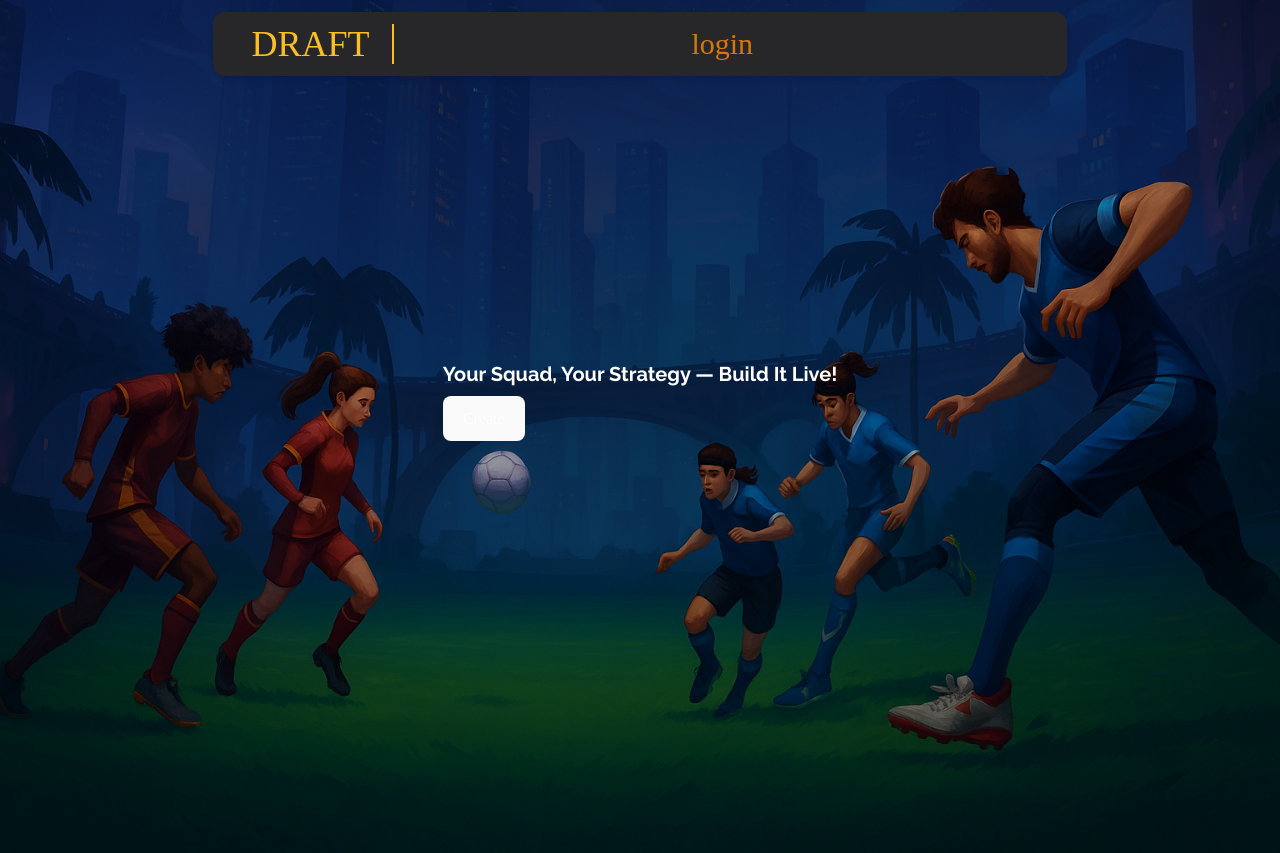
Repository: MehediMim/LeagueCrafter--Online-Auction-Platform-Project
Page: / (app in my-app/)
An editor plug-in stored every save of this project. The page is shown before and after a run of saves, followed by the edit.
The browser window is 1280 px wide. The pictures show the whole page.
Some web fonts or font styles are not loaded; a fallback is used. The project was rebuilt for these pictures with package versions that can differ from the ones it lists, and the page was loaded fresh each time. Also part of the build but not shown: my-app/vite.config.js, my-app/src/pages/Dashboard.jsx, my-app/src/pages/Login.jsx.

Above is the page before, as saved 2025-05-25 02:03:02.

### my-app/src/main.jsx
import { StrictMode } from 'react'
import { createRoot } from 'react-dom/client'
import React from 'react';
import ReactDOM from 'react-dom/client';
import './index.css'
import App from './App.jsx'
import { Auth0Provider } from '@auth0/auth0-react';
console.log("HELLO WORLD");
console.log('Domain:', import.meta.env.VITE_AUTH0_DOMAIN);
console.log('Client ID:', import.meta.env.VITE_AUTH0_CLIENT_ID);
console.log("HELLO WORLD");

ReactDOM.createRoot(document.getElementById('root')).render(
<React.StrictMode>
  <Auth0Provider
    domain={import.meta.env.VITE_AUTH0_DOMAIN}
    clientId={import.meta.env.VITE_AUTH0_CLIENT_ID}
    authorizationParams={{

      redirect_uri: window.location.origin,
      audience: import.meta.env.VITE_AUTH0_AUDIENCE
    }}
  >
    <App />
  </Auth0Provider>
</React.StrictMode>
);

### my-app/src/index.css
@import url('https://fonts.googleapis.com/css2?family=Bebas+Neue&display=swap');
@import url('https://fonts.googleapis.com/css2?family=Raleway:wght@400;700&display=swap');
@import url('https://fonts.googleapis.com/css2?family=Jaro&display=swap');
@import url('https://fonts.googleapis.com/css2?family=WDXL+Lubrifont+TC&display=swap');


@tailwind base;
@tailwind components;
@tailwind utilities;



:root {
  font-family: system-ui, Avenir, Helvetica, Arial, sans-serif;
  line-height: 1.5;
  font-weight: 400;

  color-scheme: light dark;
  color: rgba(255, 255, 255, 0.87);
  background-color: #242424;

  font-synthesis: none;
  text-rendering: optimizeLegibility;
  -webkit-font-smoothing: antialiased;
  -moz-osx-font-smoothing: grayscale;
}

a {
  font-weight: 500;
  color: #646cff;
  text-decoration: inherit;
}
a:hover {
  color: #535bf2;
}

body {
  margin: 0;
  display: flex;
  place-items: center;
  min-width: 320px;
  min-height: 100vh;
}

h1 {
  font-size: 3.2em;
  line-height: 1.1;
}

button {
  border-radius: 8px;
  border: 1px solid transparent;
  padding: 0.6em 1.2em;
  font-size: 1em;
  font-weight: 500;
  font-family: inherit;
  background-color: #1a1a1a;
  cursor: pointer;
  transition: border-color 0.25s;
}
button:hover {
  border-color: #646cff;
}
button:focus,
button:focus-visible {
  outline: 4px auto -webkit-focus-ring-color;
}

@media (prefers-color-scheme: light) {
  :root {
    color: #213547;
    background-color: #ffffff;
  }
  a:hover {
    color: #747bff;
  }
  button {
    background-color: #f9f9f9;
  }
}

### my-app/src/App.jsx
import { BrowserRouter, Routes, Route } from "react-router-dom";
import Navbar from "./components/Navbar";
import Home from "./pages/Home";
import Dashboard from "./pages/Dashboard";
import Login from "./pages/Login";


export default function App() {
  return (
    <BrowserRouter>
      <Navbar />
      <Routes>
        <Route path="/" element={<Home />} />
        <Route path="/dashboard" element={<Dashboard />} />
        <Route path="/login" element={<Login />} />
        {/* <Route path="/auction" element={<AuctionRoom />} /> */}
        {/* <Route path="*" element={<NotFound />} /> */}
      </Routes>
    </BrowserRouter>
  );
}

### my-app/src/components/Navbar.jsx
import { Link } from "react-router-dom";
import { useAuth0 } from "@auth0/auth0-react";

export default function Navbar(params) {

  const { user, isAuthenticated, isLoading, loginWithRedirect, logout } = useAuth0();

  return (
    <div className="h-16 w-screen absolute top-3 z-50 flex justify-center">
      <div className="w-2/3 flex justify-center">
        <div className="bg-zinc-800 shadow-md p-4 rounded-xl w-full flex items-center">
          {/* <div className="w-auto h-auto rounded-xl m-4 flex p-4"> */}
          <div className="w-1/4 border-r-2 border-amber-400 flex justify-center">
            <Link to="/"><h1 className="font-jaro text-4xl text-amber-400 hover:text-white">DRAFT</h1></Link>
          </div>
          <div className="w-full flex justify-evenly   items-center">
            {/* <Link to="/" className="text-amber-600 hover:text-white"><h1 className="text-3xl font-jaro">home</h1></Link> */}
            {/* <Link className="text-amber-600 hover:text-white"><h1 className="text-3xl font-jaro">registrations</h1></Link> */}
            {!isAuthenticated && <Link to="/login" className="text-amber-600 hover:text-white"><h1 className="text-3xl  font-jaro">login</h1></Link>}
            {isAuthenticated && <Link to="/dashboard" className="text-amber-600 hover:text-white"><h1 className="text-3xl  font-jaro">dashboard</h1></Link>}

          </div>
          {/* </div> */}
        </div>
        {isAuthenticated && <div className=" h-16 w-16  ml-3 group cursor-pointer relative">


          <div className="rounded-full border-amber-600 border-4 h-16 w-16">
            <img src={user.picture} className="rounded-full"></img>
          </div>

          <div className="absolute top-10 left-36 -translate-x-1/2  bg-zinc-800 text-white rounded-xl p-4 shadow-lg hidden group-hover:block z-50">
            <p className="text-lg font-bold font-raleway text-left">{user.name}</p>
            <p className="text-lg  font-kanit text-center font-raleway">{user.email}</p>
            <button
              onClick={() => logout({ returnTo: window.location.origin })}
              className="mt-3 w-full px-4 py-2 text-smbg rounded hover:bg-white  hover:text-black transition font-kanit"
            >
              Logout
            </button>
          </div>


        </div>
        }
      </div>
    </div>
  )
};

### my-app/src/pages/Home.jsx
import bg from "../assets/bg1.png"
export default function Home(params) {
    return (
        <div>
            <div className="w-screen h-auto absolute top-0 left-0 z-0">
                <div className="w-full h-full bg-black absolute opacity-5">

                </div>
                <div>
                    <img src={bg}></img>
                </div>
            </div>
            <div className="flex justify-center items-center w-screen absolute">
                <div className="justify-start flex flex-col">
                    <div>
                        <h1 className="text-xl font-raleway text-white font-bold">Your Squad, Your Strategy — Build It Live!</h1>
                    </div>
                    <div className="flex justify-start pt-2">
                        <button className="font-jaro text-white hover:bg-white hover:text-black">Create</button>
                    </div>
                </div>
            </div>
        </div>
    )
};

### my-app/tailwind.config.js
/** @type {import('tailwindcss').Config} */
export default {
  content: [
    "./index.html",
    "./src/**/*.{js,ts,jsx,tsx}",
  ],
  theme: {
    extend: {
      fontFamily: {
        bebas: ['"Bebas Neue"', 'cursive'],
        raleway: ['Raleway', 'sans-serif'],
        jaro: ['Jaro', 'cursive'],
        lubrifont: ['Lubrifont', 'sans-serif'],
      },
    },
  },
  plugins: [],
}

Loaded but not shown: my-app/index.html (common file)

After the next 2 saves:
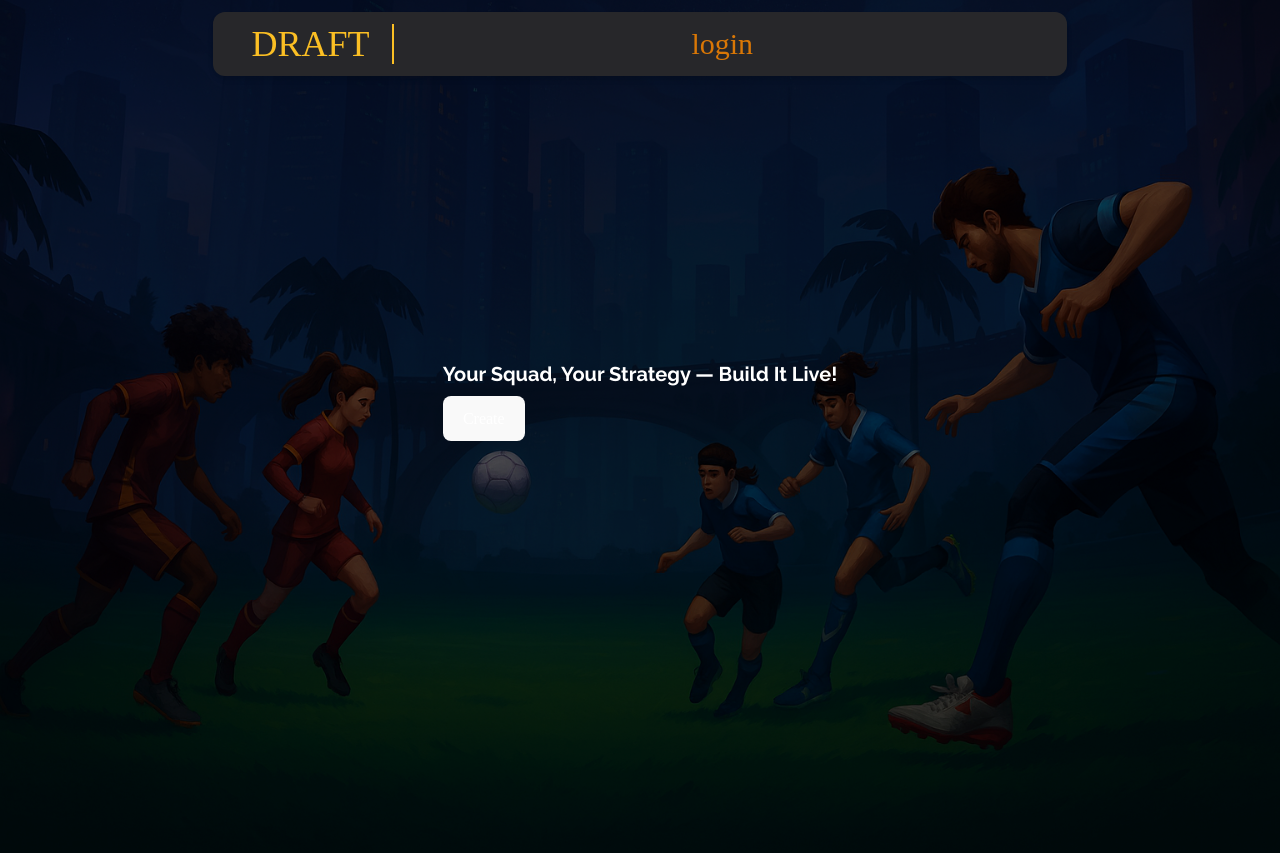
The 2 saves are shown as one change because they came seconds apart.
The last was saved 7 s later.
--- a/my-app/src/pages/Home.jsx
+++ b/my-app/src/pages/Home.jsx
@@ -3,7 +3,7 @@ export default function Home(params) {
     return (
         <div>
             <div className="w-screen h-auto absolute top-0 left-0 z-0">
-                <div className="w-full h-full bg-black absolute opacity-5">
+                <div className="w-full h-full bg-black absolute opacity-55">
 
                 </div>
                 <div>
